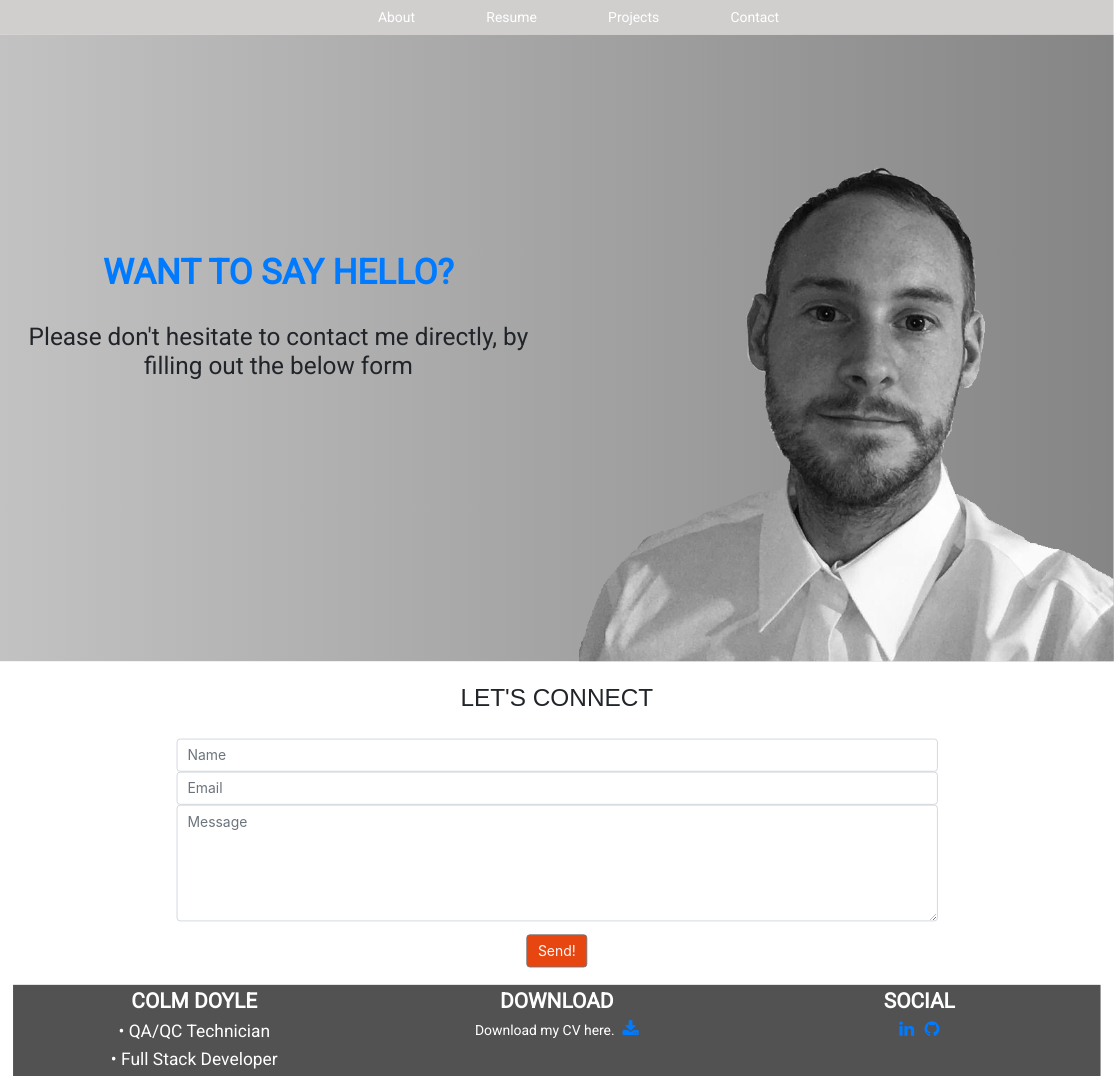
Repository: Code-Institute-Submissions/collyd21-milestone1
Page: contact.html
The author's editor kept a record of every edit. The page is drawn from the files as they stood at one moment, then again after the next edit.
The browser window is 1280 px wide. The pictures show the whole page, at 87% of full size.
Some web libraries are served in a nearby version.

Above is the page before.

After the next edit:
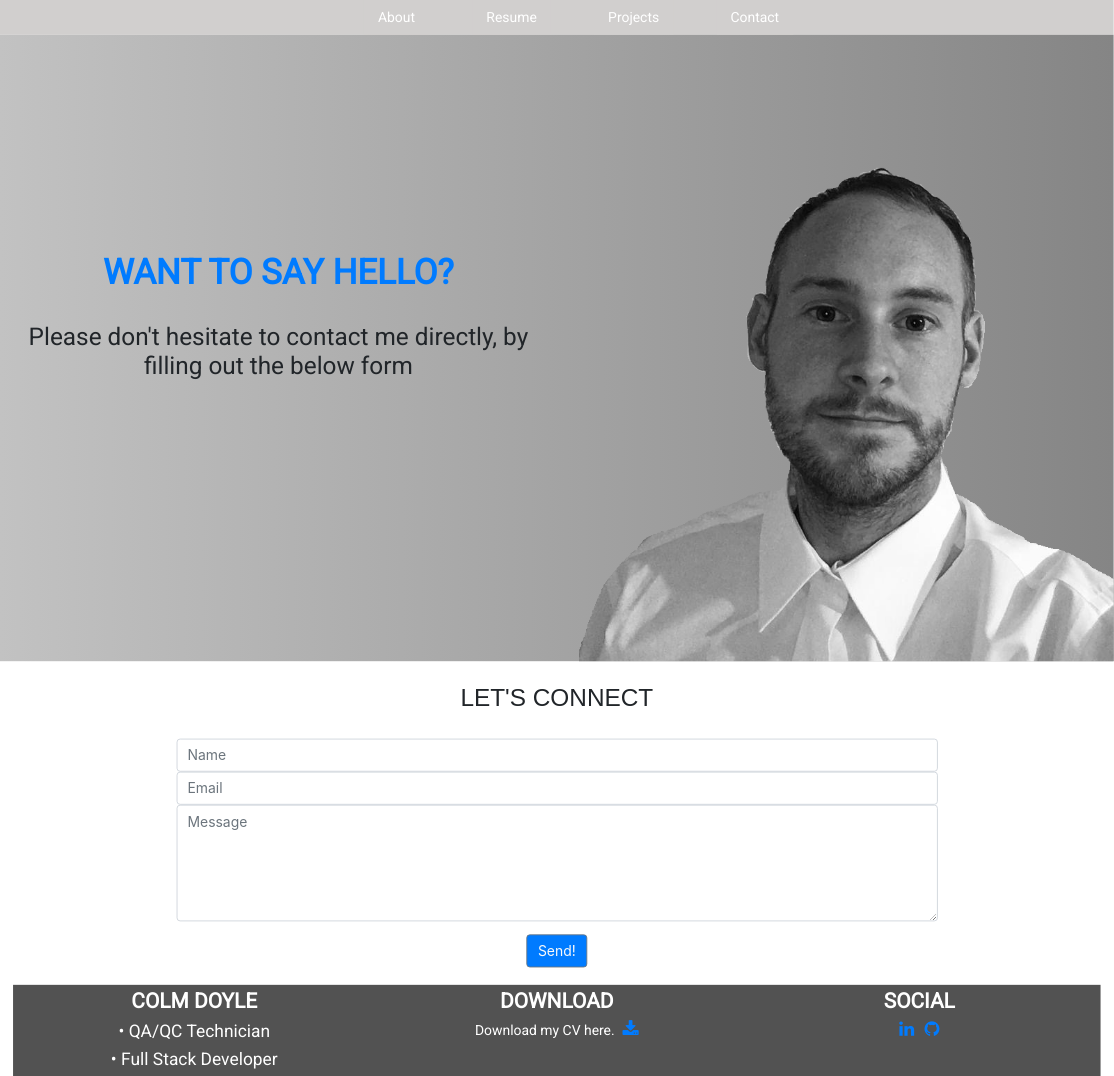
The edit:
--- a/assets/css/style.css
+++ b/assets/css/style.css
@@ -163,5 +163,9 @@
     margin-top: 15px;
     margin-bottom: 20px;
     color: #fafafa;
-    background-color: #e84610;
+    background-color: #007bff;
 }
+
+button[type="submit"]:hover {
+    background-color: #3251c9;
+}
